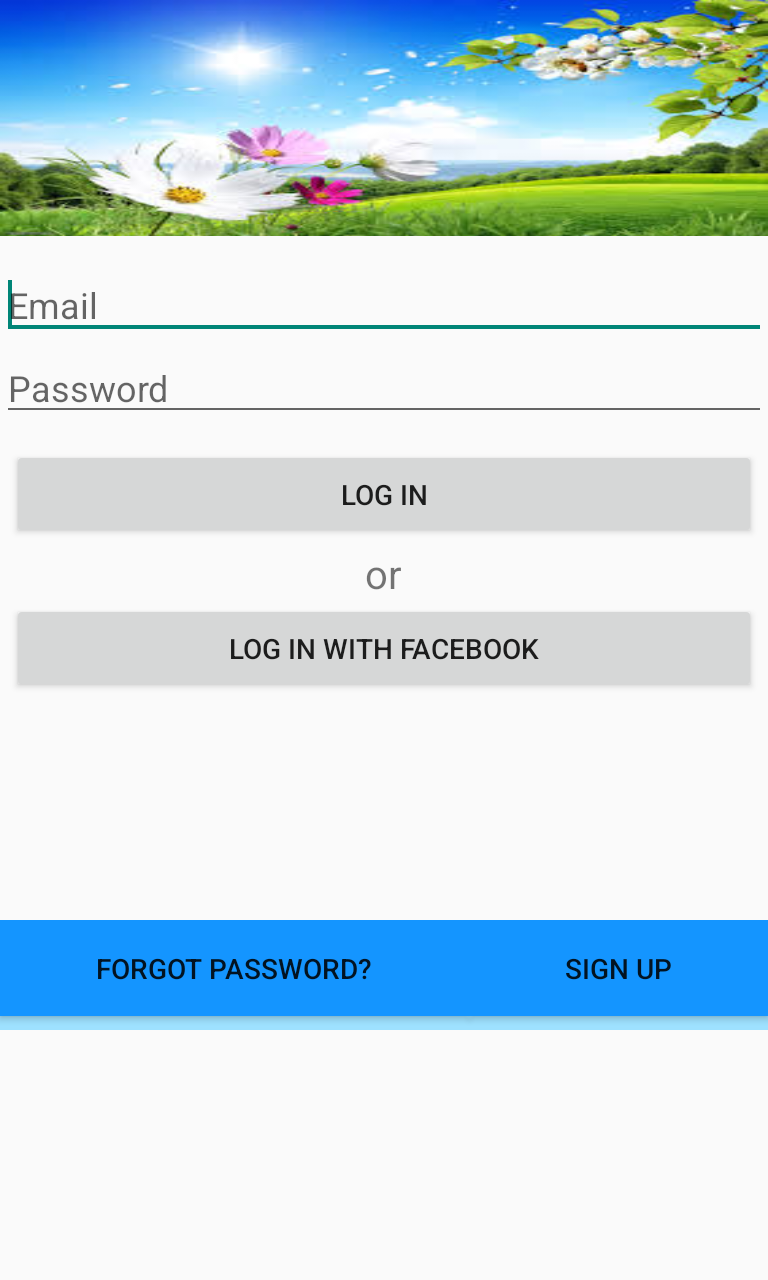
Repository: adarshnair13/my-project
Layout: ash/res/layout/activity_main.xml
The author's editor kept a copy of each file at every save. The layout is drawn from the files as they stood at one save, then again after the next save.
It is drawn on a 768 x 1280 px phone screen (xhdpi) without system bars, with theme AppTheme; the app's code is not run.

Above is the layout before, as saved 2015-02-02 22:06:14.

### ash/res/layout/activity_main.xml
<LinearLayout xmlns:android="http://schemas.android.com/apk/res/android"
    xmlns:tools="http://schemas.android.com/tools"
    android:id="@+id/LinearLayout1"
    android:layout_width="match_parent"
    android:layout_height="match_parent"
    android:orientation="vertical"
    tools:context="com.adarsh.ash.MainActivity" >

    <LinearLayout
        android:layout_width="match_parent"
        android:layout_height="120dp" >

        <ImageView
            android:id="@+id/imageView1"
            android:layout_width="match_parent"
            android:layout_height="wrap_content"
            android:scaleType="fitXY"
            android:src="@drawable/nock" />
    </LinearLayout>

    <EditText
        android:id="@+id/editText1"
        android:layout_width="match_parent"
        android:layout_height="wrap_content"
        android:layout_marginTop="10dp"
        android:ems="10"
        android:hint="Email"
        android:inputType="textEmailAddress" >

        <requestFocus />
    </EditText>

    <EditText
        android:id="@+id/editText2"
        android:layout_width="match_parent"
        android:layout_height="wrap_content"
        android:ems="10"
        android:hint="Password"
        android:inputType="numberPassword" />

    <LinearLayout
        android:layout_width="match_parent"
        android:layout_height="50dp"
        android:layout_marginTop="10dp" >

        <Button
            android:id="@+id/button1"
            style="?android:attr/buttonStyleSmall"
            android:layout_width="match_parent"
            android:layout_height="wrap_content"
            android:layout_marginLeft="5dp"
            android:layout_marginRight="5dp"
            android:text="Log In" />
    </LinearLayout>

    <TextView
        android:id="@+id/textView1"
        android:layout_width="wrap_content"
        android:layout_height="wrap_content"
        android:layout_gravity="center"
        android:text="or"
        android:textSize="20dp" />

    <LinearLayout
        android:layout_width="match_parent"
        android:layout_height="50dp" >

        <Button
            android:id="@+id/button2"
            style="?android:attr/buttonStyleSmall"
            android:layout_width="match_parent"
            android:layout_height="wrap_content"
            android:layout_marginLeft="5dp"
            android:layout_marginRight="5dp"
            android:text="Log In with Facebook" />
    </LinearLayout>

    <LinearLayout
        android:layout_width="match_parent"
        android:layout_height="55dp"
        android:layout_marginTop="110dp"
        android:background="#9EE1FF"
        android:weightSum="2.0" >

        <Button
            android:id="@+id/button3"
            style="?android:attr/buttonStyleSmall"
            android:layout_width="wrap_content"
            android:layout_height="wrap_content"
            android:layout_weight="1.0"
            android:background="#1495FF"
            android:text="FORGOT pASSWORD?" />

        <Button
            android:id="@+id/button4"
            style="?android:attr/buttonStyleSmall"
            android:layout_width="wrap_content"
            android:layout_height="wrap_content"
            android:layout_weight="1.0"
            android:background="#1495FF"
            android:text="Sign Up" />
    </LinearLayout>

</LinearLayout>

Loaded but not shown: ash/res/values/styles.xml (common file); ash/res/values-v11/styles.xml (common file); ash/res/values-v14/styles.xml (common file)

After the next save:
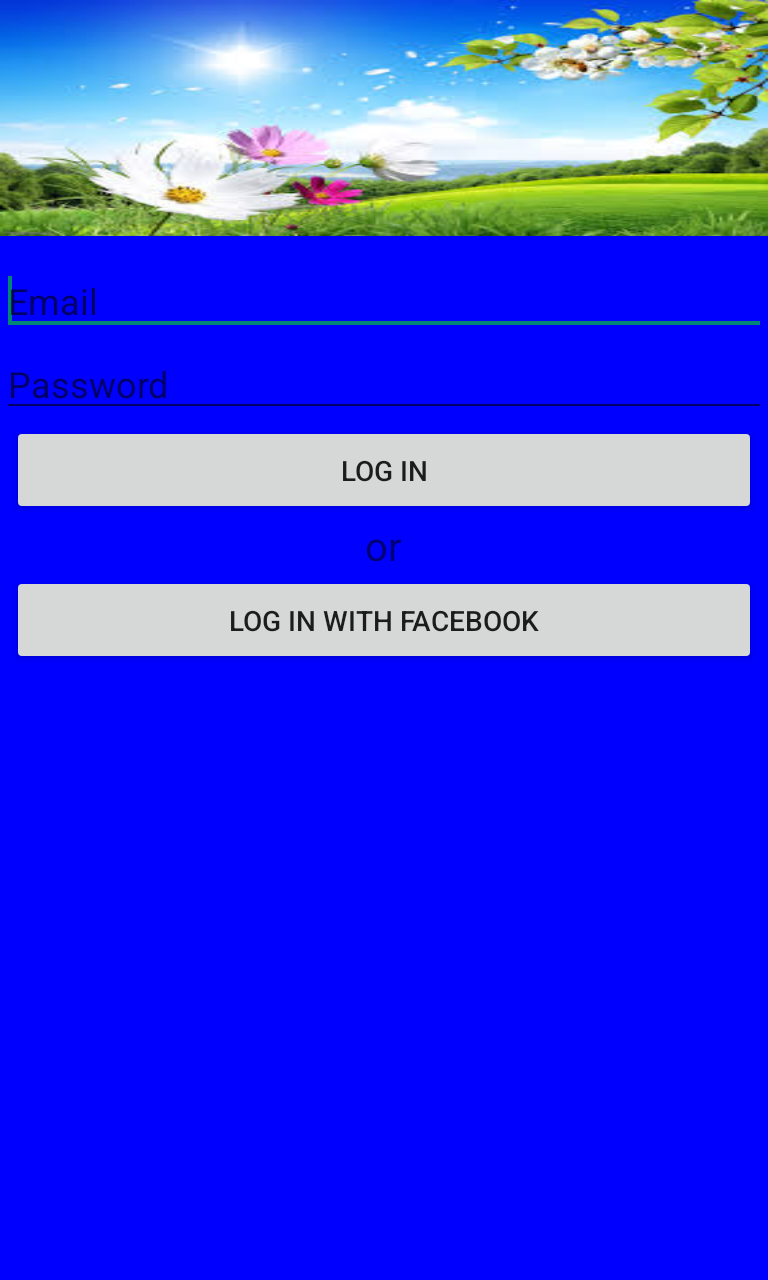
Saved 55 min 29 s later.
--- a/ash/res/layout/activity_main.xml
+++ b/ash/res/layout/activity_main.xml
@@ -4,19 +4,15 @@
     android:layout_width="match_parent"
     android:layout_height="match_parent"
     android:orientation="vertical"
+    android:background="#0000ff"
     tools:context="com.adarsh.ash.MainActivity" >
 
-    <LinearLayout
+    <ImageView
+        android:id="@+id/imageView1"
         android:layout_width="match_parent"
-        android:layout_height="120dp" >
-
-        <ImageView
-            android:id="@+id/imageView1"
-            android:layout_width="match_parent"
-            android:layout_height="wrap_content"
-            android:scaleType="fitXY"
-            android:src="@drawable/nock" />
-    </LinearLayout>
+        android:layout_height="wrap_content"
+        android:scaleType="fitXY"
+        android:src="@drawable/nock" />
 
     <EditText
         android:id="@+id/editText1"
@@ -38,20 +34,14 @@
         android:hint="Password"
         android:inputType="numberPassword" />
 
-    <LinearLayout
+    <Button
+        android:id="@+id/button1"
+        style="?android:attr/buttonStyleSmall"
         android:layout_width="match_parent"
-        android:layout_height="50dp"
-        android:layout_marginTop="10dp" >
-
-        <Button
-            android:id="@+id/button1"
-            style="?android:attr/buttonStyleSmall"
-            android:layout_width="match_parent"
-            android:layout_height="wrap_content"
-            android:layout_marginLeft="5dp"
-            android:layout_marginRight="5dp"
-            android:text="Log In" />
-    </LinearLayout>
+        android:layout_height="wrap_content"
+        android:layout_marginLeft="5dp"
+        android:layout_marginRight="5dp"
+        android:text="Log In" />
 
     <TextView
         android:id="@+id/textView1"
@@ -61,44 +51,13 @@
         android:text="or"
         android:textSize="20dp" />
 
-    <LinearLayout
+    <Button
+        android:id="@+id/button2"
+        style="?android:attr/buttonStyleSmall"
         android:layout_width="match_parent"
-        android:layout_height="50dp" >
-
-        <Button
-            android:id="@+id/button2"
-            style="?android:attr/buttonStyleSmall"
-            android:layout_width="match_parent"
-            android:layout_height="wrap_content"
-            android:layout_marginLeft="5dp"
-            android:layout_marginRight="5dp"
-            android:text="Log In with Facebook" />
-    </LinearLayout>
-
-    <LinearLayout
-        android:layout_width="match_parent"
-        android:layout_height="55dp"
-        android:layout_marginTop="110dp"
-        android:background="#9EE1FF"
-        android:weightSum="2.0" >
-
-        <Button
-            android:id="@+id/button3"
-            style="?android:attr/buttonStyleSmall"
-            android:layout_width="wrap_content"
-            android:layout_height="wrap_content"
-            android:layout_weight="1.0"
-            android:background="#1495FF"
-            android:text="FORGOT pASSWORD?" />
-
-        <Button
-            android:id="@+id/button4"
-            style="?android:attr/buttonStyleSmall"
-            android:layout_width="wrap_content"
-            android:layout_height="wrap_content"
-            android:layout_weight="1.0"
-            android:background="#1495FF"
-            android:text="Sign Up" />
-    </LinearLayout>
+        android:layout_height="wrap_content"
+        android:layout_marginLeft="5dp"
+        android:layout_marginRight="5dp"
+        android:text="Log In with Facebook" />
 
 </LinearLayout>
